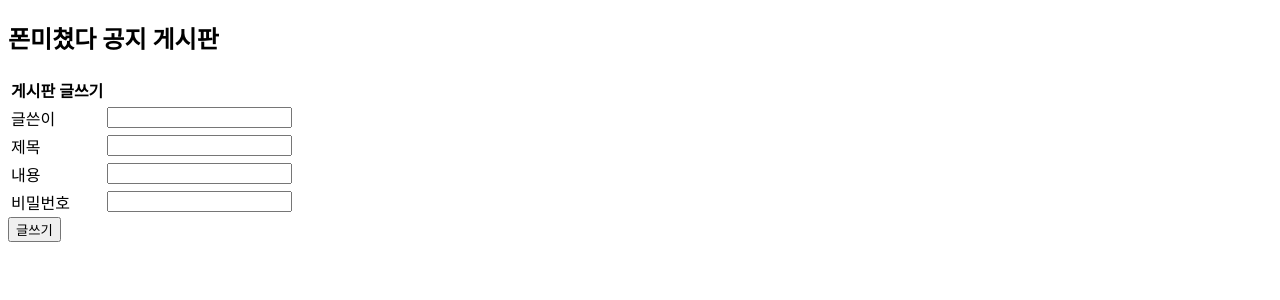
Repository: juukim93/-4-
Page: http://localhost/Project4/board/AnnouncementWrite.jsp
These files come from the project's save history. The page is drawn as it stood at one moment and after the next save; the edit follows.
The browser window is 1280 px wide. The pictures show the whole page.
The page is served by Tomcat 9. Other server files are loaded and not shown.

Above is the page before, as saved 2023-11-01 05:03:32.

### Project4/src/main/webapp/board/AnnouncementWrite.jsp
<%@ page language="java" contentType="text/html; charset=UTF-8"
    pageEncoding="UTF-8"%>
<!DOCTYPE html>
<html>
<head>
<meta charset="UTF-8">
<title>Insert title here</title>
</head>
<body>

<form action="./AnnouncementWriteAction.bo" method="post">
			<article>
				<h1>폰미쳤다 공지 게시판</h1>
				<table id="notice">
					<tr>
						<th class="ttitle">게시판 글쓰기</th>
						<th class="twrite"></th>
					</tr>
					<tr>
						<td>글쓴이</td>
						<td><input type="text" name="name"></td>
					</tr>
					<tr>
						<td>제목</td>
						<td><input type="text" name="subject"></td>
					</tr>
					<tr>
						<td>내용</td>
						<td><input type="text" name="content"></td>
					</tr>
					<tr>
						<td>비밀번호</td>
						<td><input type="password" name="pass"></td>
					</tr>
				</table>
				<div id="table_search">
					<input type="submit" value="글쓰기" class="btn">
				</div>
				<div class="clear"></div>
				<div id="page_control"></div>
			</article>
		</form>

</body>
</html>

After the next save:
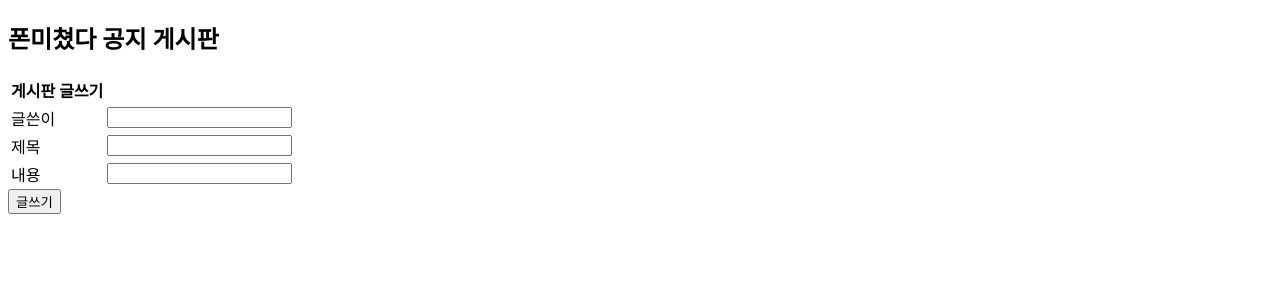
Saved 7 s later.
--- a/Project4/src/main/webapp/board/AnnouncementWrite.jsp
+++ b/Project4/src/main/webapp/board/AnnouncementWrite.jsp
@@ -28,10 +28,6 @@
 						<td>내용</td>
 						<td><input type="text" name="content"></td>
 					</tr>
-					<tr>
-						<td>비밀번호</td>
-						<td><input type="password" name="pass"></td>
-					</tr>
 				</table>
 				<div id="table_search">
 					<input type="submit" value="글쓰기" class="btn">
